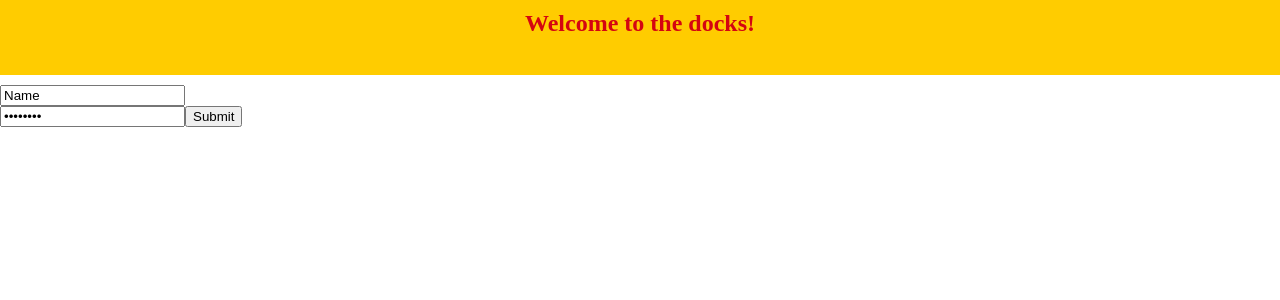
Repository: charliejp0311/java-final-proj
Page: dockWalk-frontend/index.html
These files come from the project's save history. The page is drawn as it stood at one moment and after the next save; the edit follows.
The browser window is 1280 px wide. The pictures show the whole page.

Above is the page before, as saved 2020-09-02 10:07:48.

After the next save:
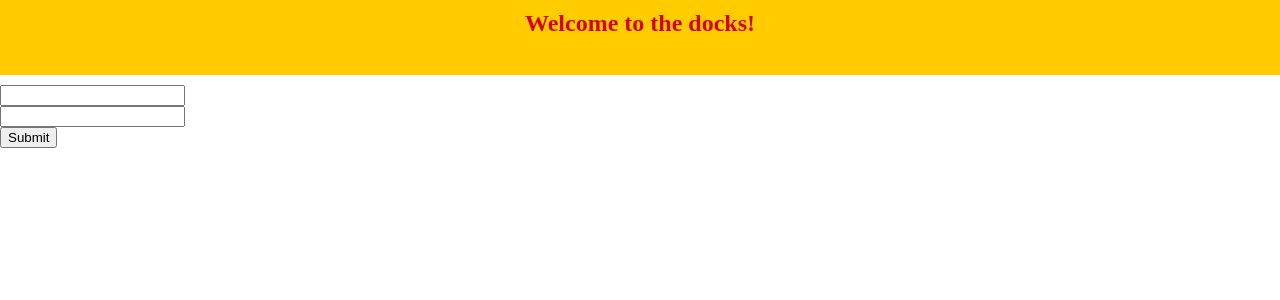
Saved 51 s later.
--- a/dockWalk-frontend/src/user.js
+++ b/dockWalk-frontend/src/user.js
@@ -15,9 +15,11 @@ let displayLogin = () =>{
     name.type = 'text'
     name.value = 'Name'
     frm.appendChild(name)
+    frm.innerHTML += '<br>'
     pass.type = 'password'
     pass.value = 'Password'
     frm.appendChild(pass)
+    frm.innerHTML += '<br>'
     submit.type = 'submit'
     frm.appendChild(submit)
     body.appendChild(frm)
